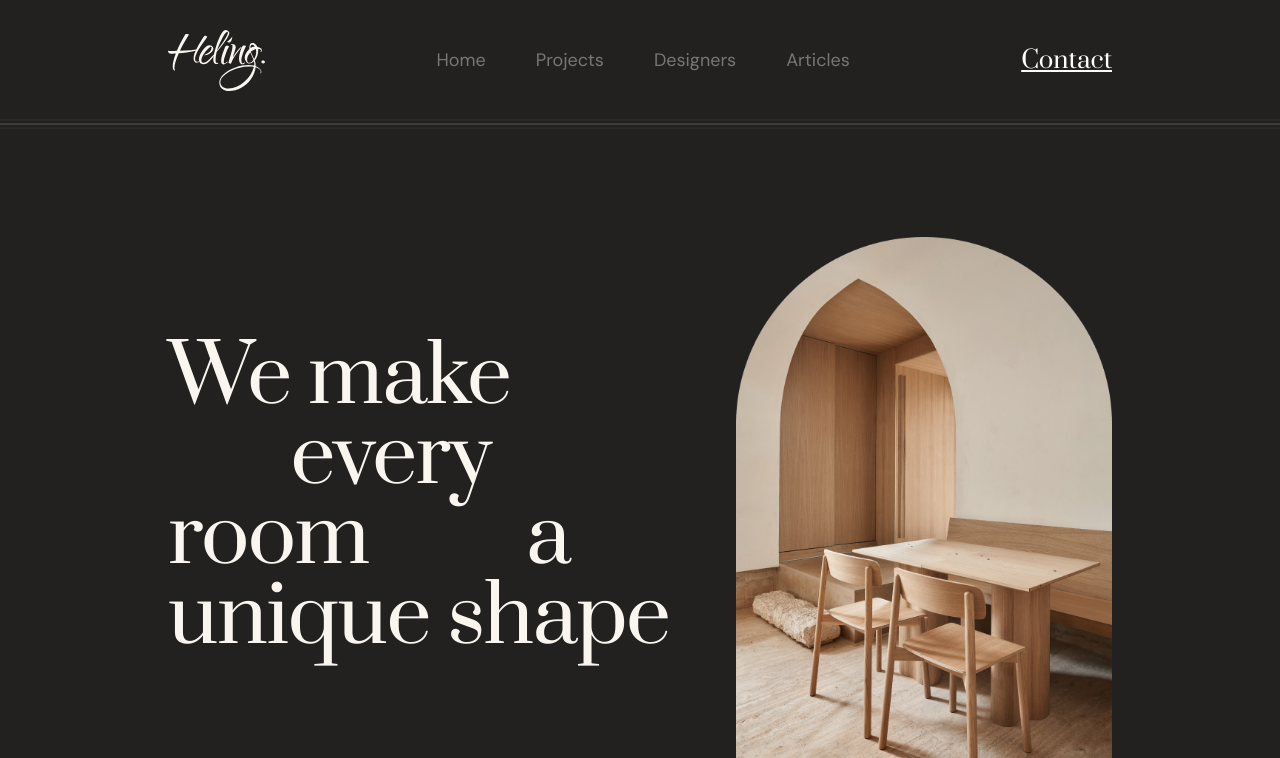
Repository: vandangnhathung/healingui_website
Page: /
An editor plug-in stored every save of this project. The page is shown before and after the next save, followed by the edit.
The browser window is 1280 px wide. The pictures show the whole page.
The project was rebuilt for these pictures with package versions that can differ from the ones it lists, and the page was loaded fresh each time.

Above is the page before, as saved 2022-03-16 13:20:04.

After the next save:
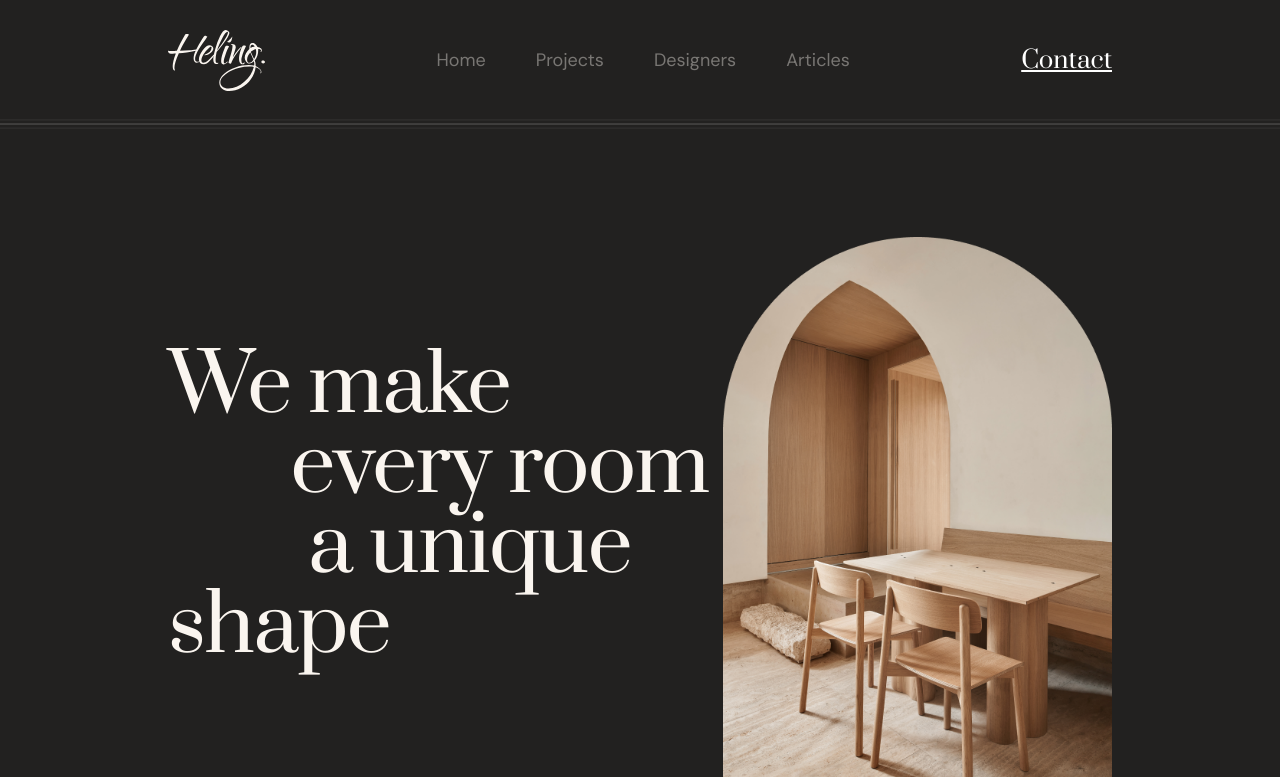
Saved 27 s later.
--- a/src/components/Container/Container.js
+++ b/src/components/Container/Container.js
@@ -14,7 +14,6 @@ const Container = () => {
     display: flex;
     align-items: center;
     justify-content: space-between;
-    gap: 0 32px;
   `;
   const Slogan = styled.h2`
     letter-spacing: -0.02em;
